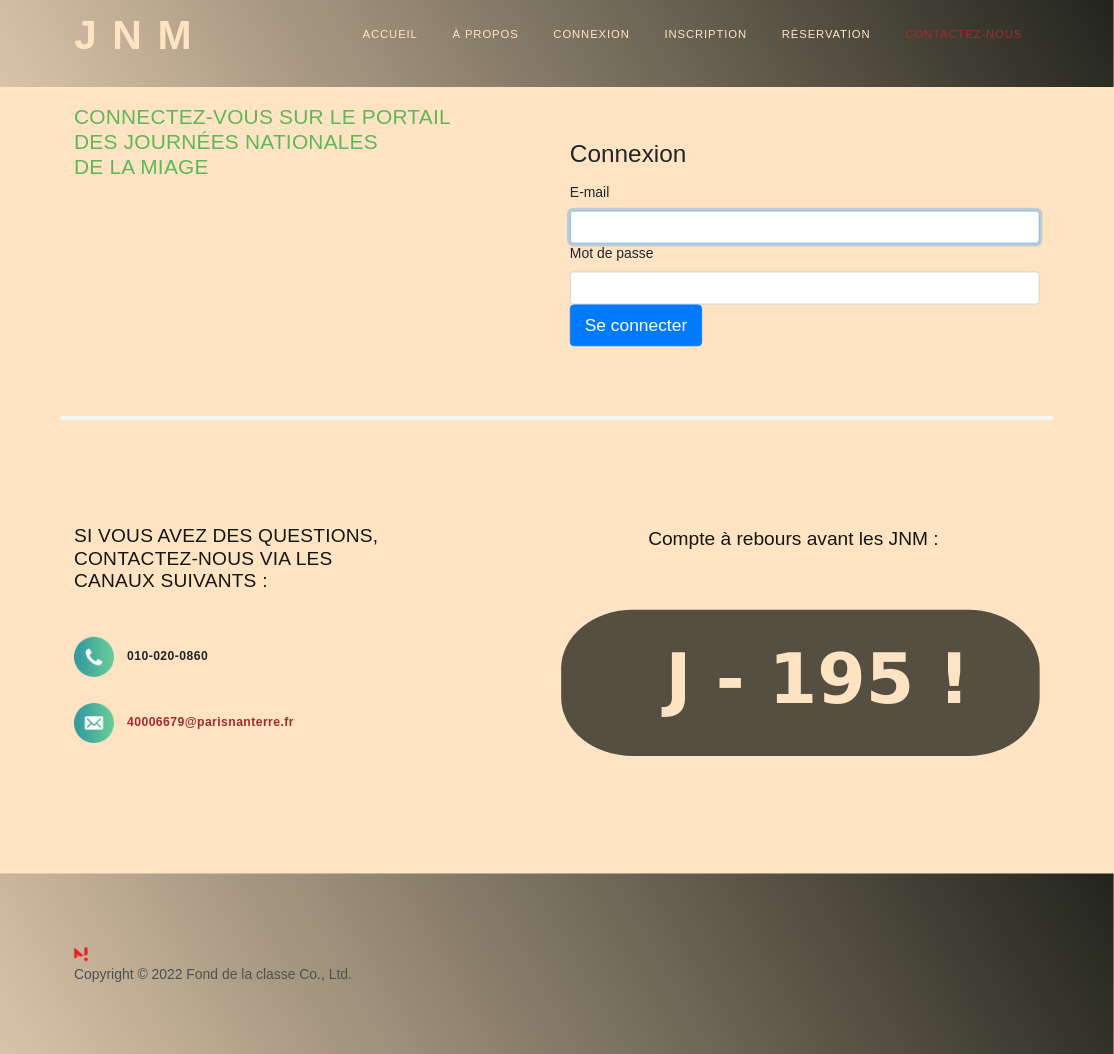
Repository: RiadNadri/ProjetWeb2022
Page: templates/security/connexion.html.twig
These files come from the project's save history. The page is drawn as it stood at one moment and after the next save; the edit follows.
The browser window is 1280 px wide. The pictures show the whole page, at 87% of full size.
Some web fonts or font styles are not loaded; a fallback is used. The page is a Twig template of a Symfony application; nobody is signed in and links lead nowhere. The template is opened directly, without the code that normally fills it, so the values that code supplies are empty.

Above is the page before, as saved 2022-12-05 11:23:30.

After the next save:
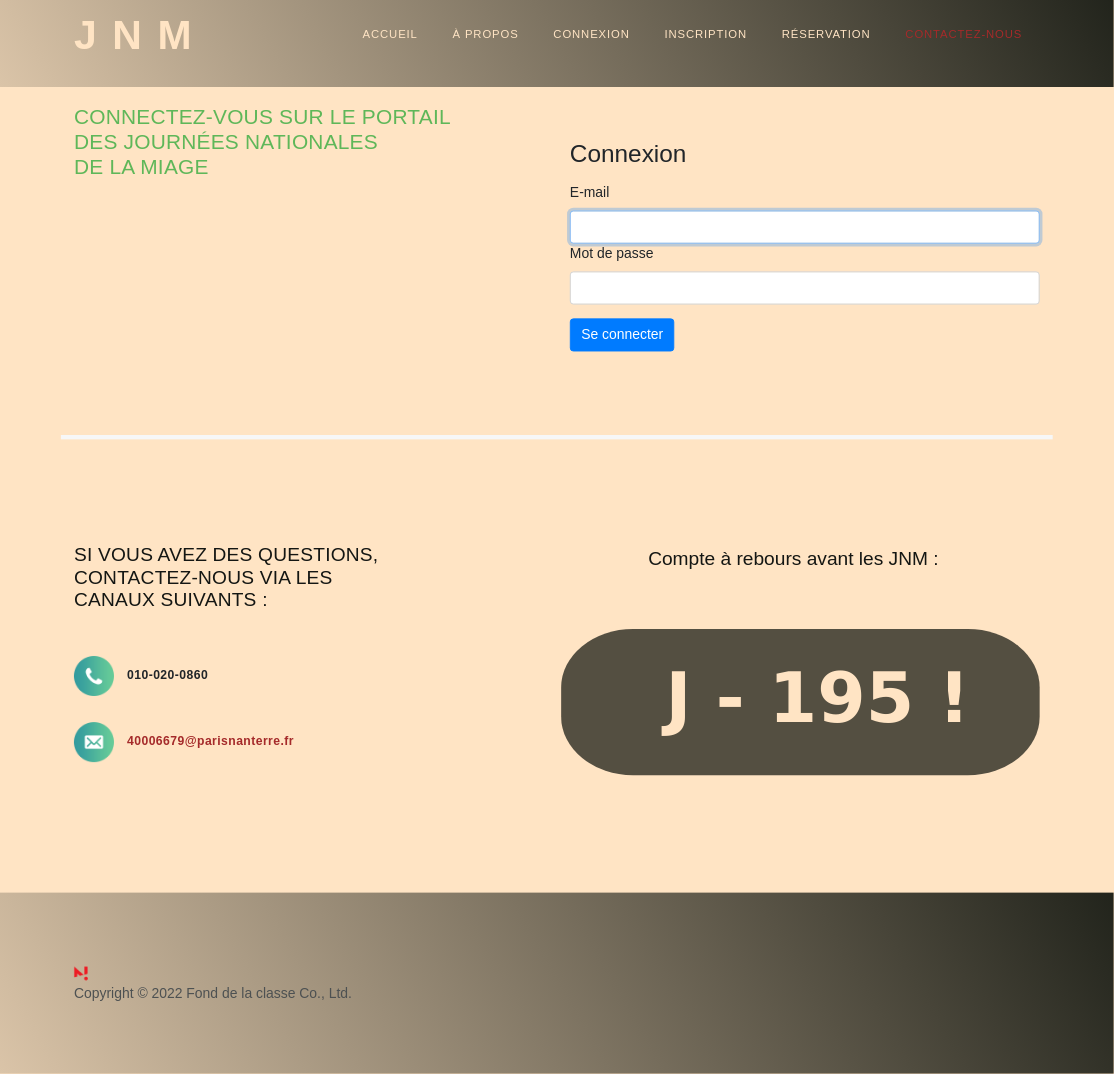
Saved 66 s later.
--- a/templates/security/connexion.html.twig
+++ b/templates/security/connexion.html.twig
@@ -50,7 +50,7 @@
         </div>
     #}
 
-                        <button class="btn btn-lg btn-primary" type="submit">
+                        <button class="btn btn-primary my-3" type="submit">
                                 Se connecter
                         </button>
                     </div>
